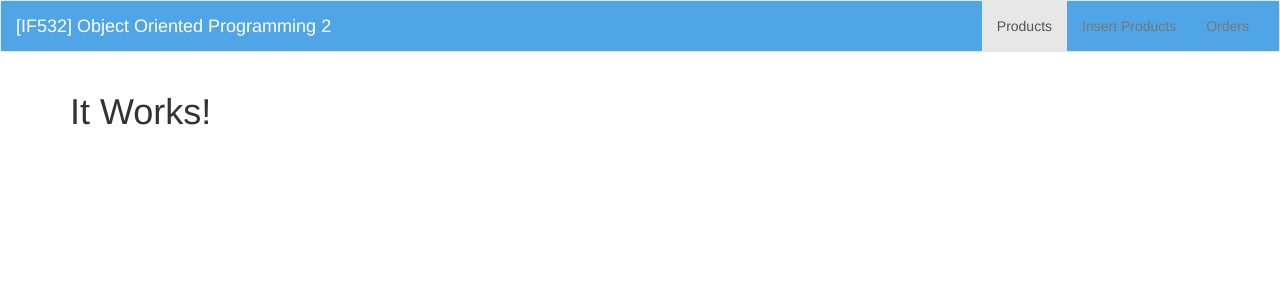
Repository: PrestasiBengis/PBO2-FinalProject
Page: http://localhost/FinalProject_-_Sistem_SKKM/MainFrame.jsp
The author's editor kept a copy of each file at every save. The page is drawn from the files as they stood at one save, then again after a run of saves.
The browser window is 1280 px wide. The pictures show the whole page.
The page is served by Tomcat 9.

Above is the page before, as saved 2015-05-22 10:20:27.

After the next 2 saves:
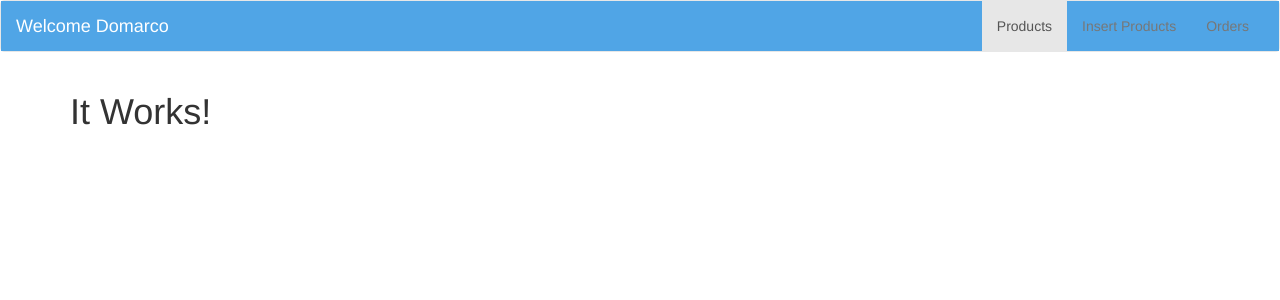
The 2 saves are shown as one change because they came seconds apart.
The last was saved 20 s later.
--- a/FinalProject - Sistem SKKM/WebContent/MainFrame.jsp
+++ b/FinalProject - Sistem SKKM/WebContent/MainFrame.jsp
@@ -54,7 +54,7 @@
 				<span class="icon-bar"></span>
 				<span class="icon-bar"></span>
 			  </button>
-			  <a class="navbar-brand" href="#" style="color: white;">[IF532] Object Oriented Programming 2</a>
+			  <a class="navbar-brand" href="#" style="color: white;">Welcome Domarco</a>
 			</div>
 
 			<!-- Collect the nav links, forms, and other content for toggling -->
